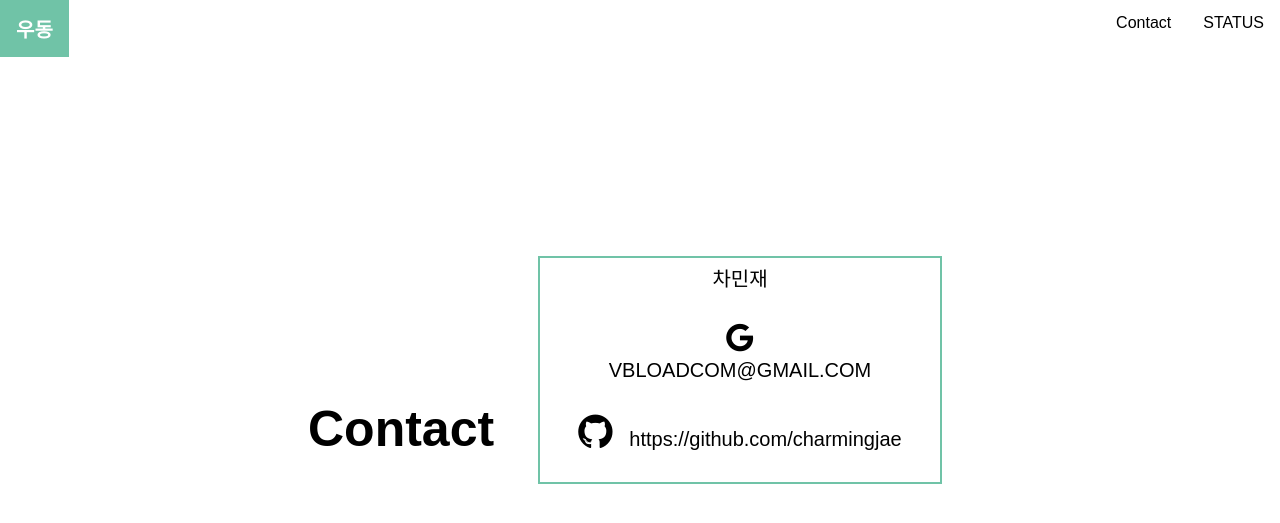
Repository: charmingjae/circles
Page: http://localhost/circles/root/contact.jsp
These files come from the project's save history. The page is drawn as it stood at one moment and after the next save; the edit follows.
The browser window is 1280 px wide. The pictures show the whole page.
Some web fonts or font styles are not loaded; a fallback is used. The page is served by Tomcat 9.

Above is the page before, as saved 2020-07-09 15:10:30.

After the next save:
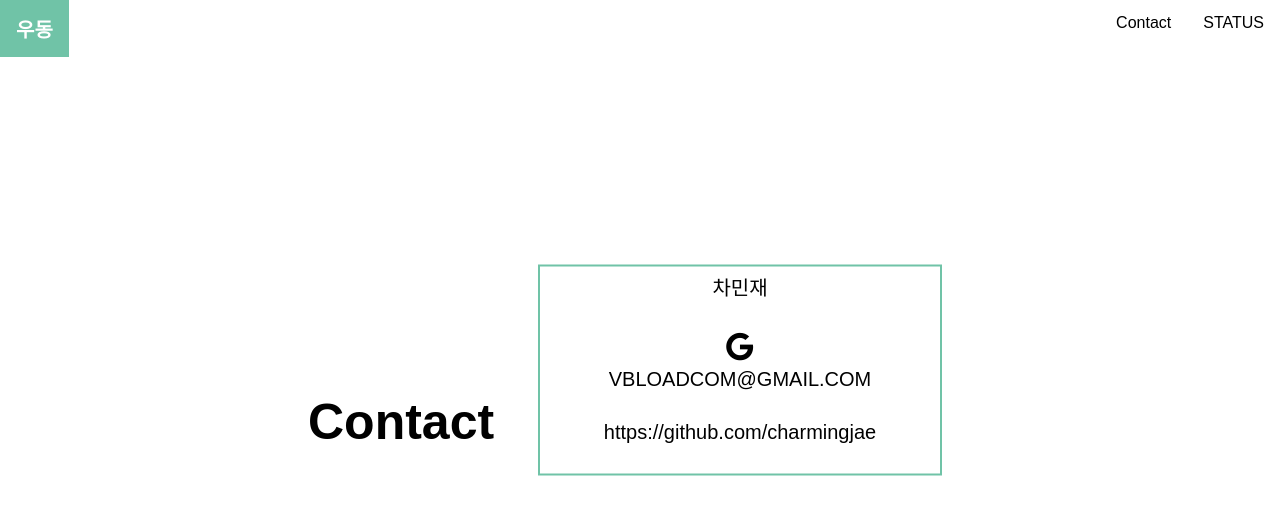
Saved 15 s later.
--- a/circles/WebContent/root/contact.jsp
+++ b/circles/WebContent/root/contact.jsp
@@ -23,7 +23,7 @@
 				<span id="showEtc"> 차민재 </span>
 				<i class="fa fa-google fa-2x" aria-hidden="true"></i>
 				<span id="showEtc"> VBLOADCOM@GMAIL.COM  </span>
-				<span id="showEtc"><i class="fa fa-github fa-2x" aria-hidden="true"></i> &nbsp https://github.com/charmingjae</span>
+				<span id="showEtc"> https://github.com/charmingjae</span>
 			</div>
 		</div>
 	</form>
